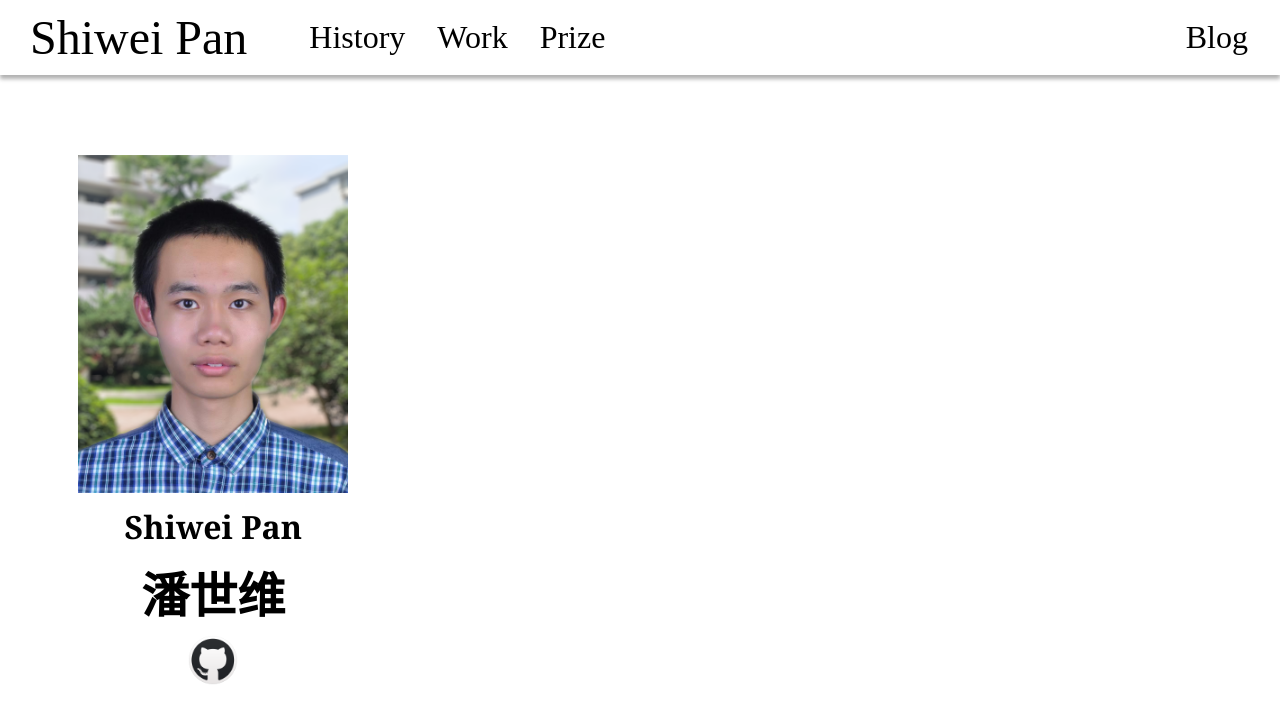
Repository: erikpsw/web
Page: new/psw.html
These files come from the project's save history. The page is drawn as it stood at one moment and after the next save; the edit follows.
The browser window is 1280 px wide. The pictures show the whole page.

Above is the page before, as saved 2022-06-16 22:31:29.

After the next save:
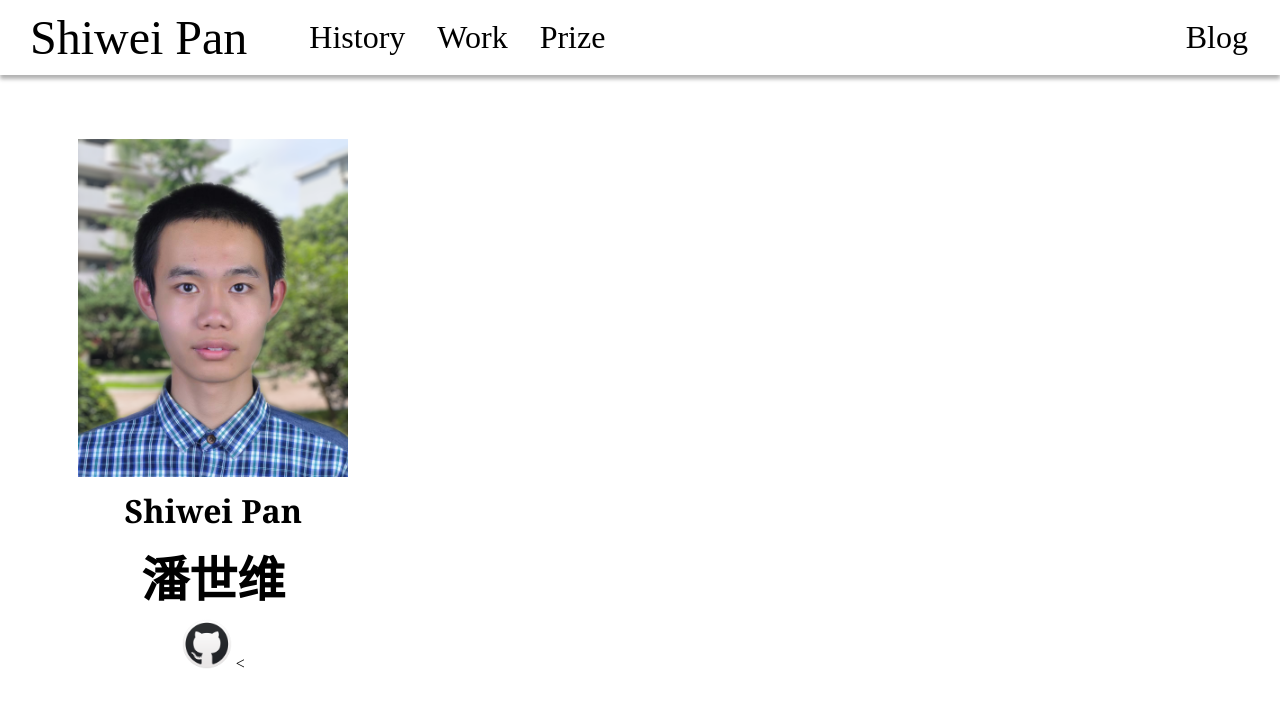
Saved 34 s later.
--- a/new/psw.html
+++ b/new/psw.html
@@ -20,7 +20,7 @@
         <h2 id="name">潘世维</h2>
     <div>
         <img src="\pic\github.png" id="github">
-
+        <
     </div>
 
     </div>
--- a/new/styles.css
+++ b/new/styles.css
@@ -36,7 +36,7 @@
 #mine{
     width: 270px;
     height: 337.5px;
-    margin-top: 5em;
+    margin-top: 4em;
 }
 
 #profile{
